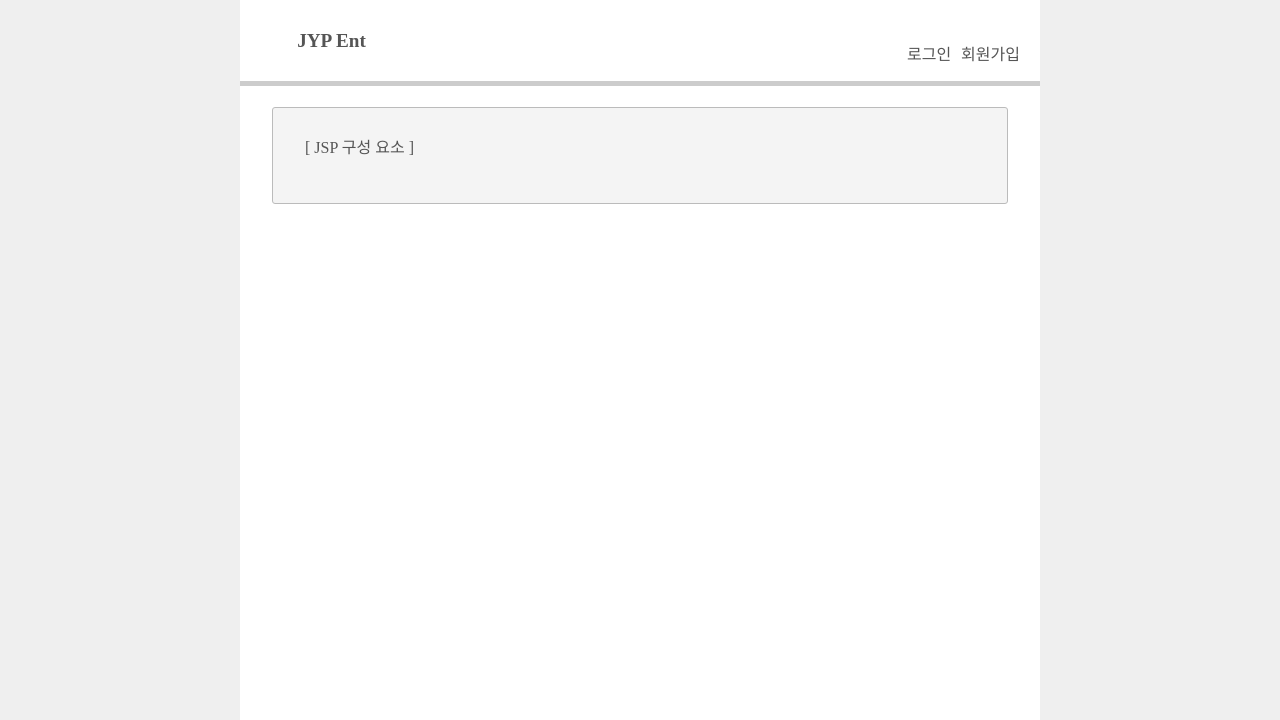
Repository: junyong231/JSP-SSIT
Page: http://localhost/jspPro/days03/ex03.jsp
The author's editor kept a copy of each file at every save. The page is drawn from the files as they stood at one save, then again after a run of saves.
The browser window is 1280 px wide. The pictures show the whole page.
Some web fonts or font styles are not loaded; a fallback is used. The page is served by Tomcat 9.

Above is the page before, as saved 2024-10-17 05:03:18.

After the next 2 saves:
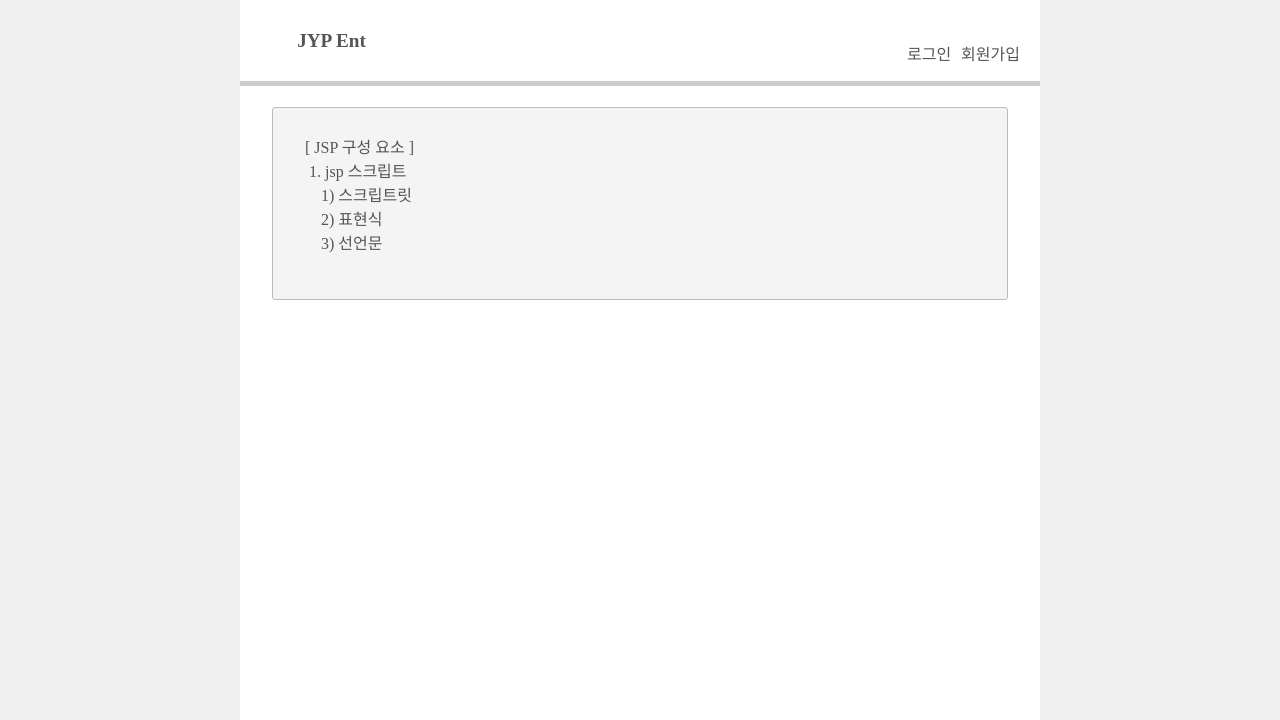
The 2 saves are shown as one change because they came seconds apart.
The last was saved 20 s later.
--- a/jspPro/src/main/webapp/days03/ex03.jsp
+++ b/jspPro/src/main/webapp/days03/ex03.jsp
@@ -27,6 +27,10 @@
 <div>
   <xmp class="code">
     [ JSP 구성 요소 ]
+     1. jsp 스크립트
+     	1) 스크립트릿
+     	2) 표현식
+     	3) 선언문
 
   </xmp>
 </div>
